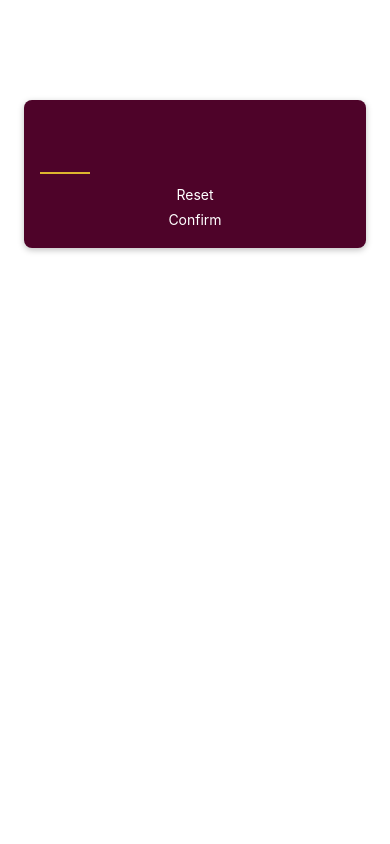
Repository: GarlicButterBoy/Number-Guessing-Game
Screen: /
The author's editor kept a copy of each file at every save. The screen is drawn from the files as they stood at one save, then again after the next save.
The app was drawn by React Native's web renderer in a window 390 px wide. The project was rebuilt for these pictures with package versions that can differ from the ones it lists, and the page was loaded fresh each time.

Above is the screen before, as saved 2024-05-03 09:06:26.

After the next save:
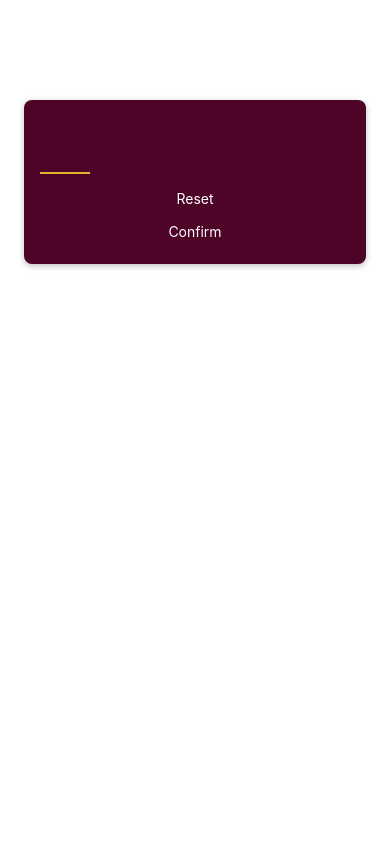
Saved 13 s later.
--- a/components/PrimaryButton.js
+++ b/components/PrimaryButton.js
@@ -6,7 +6,11 @@ function PrimaryButton({ children }) {
   }
   return (
     <View style={styles.buttonOuterContainer}>
-      <Pressable onPress={pressHandler} android_ripple={{ color: "#640233" }}>
+      <Pressable
+        style={styles.buttonOuterContainer}
+        onPress={pressHandler}
+        android_ripple={{ color: "#640233" }}
+      >
         <Text style={styles.buttonText}>{children}</Text>
       </Pressable>
     </View>
